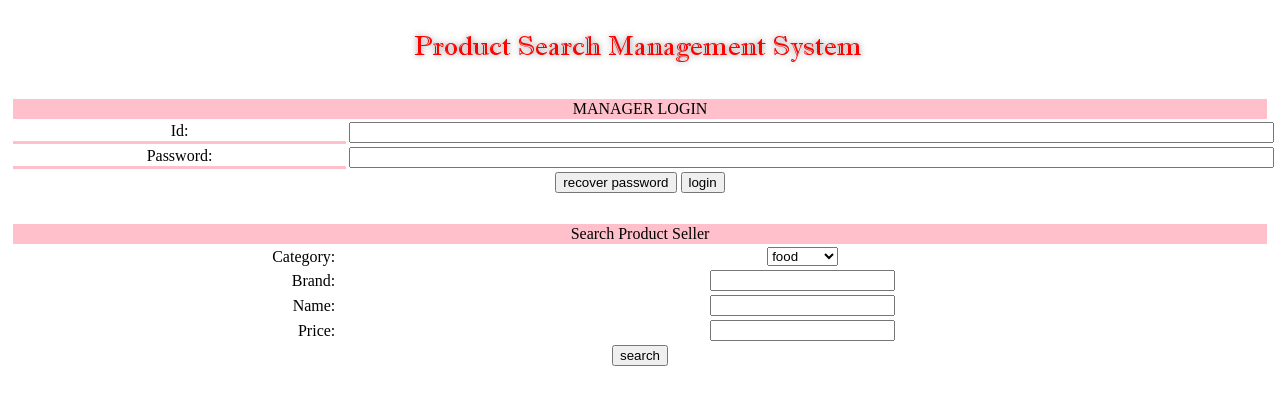
Repository: DishantVaghela/ProductSearchManagementSystem
Page: http://localhost/ProductSearchManagementSystem/
The author's editor kept a copy of each file at every save. The page is drawn from the files as they stood at one save, then again after the next save.
The browser window is 1280 px wide. The pictures show the whole page.
The page is served by Tomcat 9.

Above is the page before, as saved 2017-04-28 22:58:05.

After the next save:
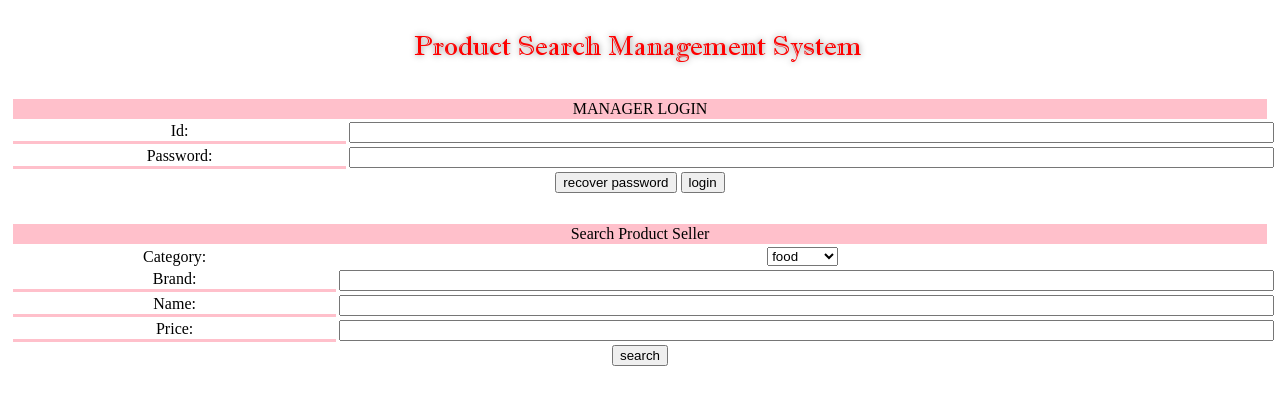
Saved 3 min 21 s later.
--- a/ProductSearchManagementSystem/WebContent/index.jsp
+++ b/ProductSearchManagementSystem/WebContent/index.jsp
@@ -44,15 +44,15 @@
 		<tr>
 			<td>
 				<form action="searchProductSeller.jsp">
-					<table align="center" width="500">
+					<table>
 						<tr>
 							<td colspan="2"><br></td>
 						</tr>
 						<tr>
-							<td colspan="2" align="center" bgcolor="pink">Search Product Seller</td>
+							<td colspan="2" bgcolor="pink">Search Product Seller</td>
 						</tr>
 						<tr>
-							<td align="right">Category:</td>
+							<td>Category:</td>
 							<td>
 								<select name="selectCategory">
 									<option>food</option>
@@ -62,19 +62,19 @@
 							</td>
 						</tr>
 						<tr>
-							<td align="right">Brand:</td>
-							<td><input name="textFieldBrand"></td>
+							<td class="title">Brand:</td>
+							<td><input type="text" name="textFieldBrand"></td>
 						</tr>
 						<tr>
-							<td align="right">Name:</td>
-							<td><input name="textFieldName"></td>
+							<td class="title">Name:</td>
+							<td><input type="text" name="textFieldName"></td>
 						</tr>
 						<tr>
-							<td align="right">Price:</td>
-							<td><input name="textFieldPrice"></td>
+							<td class="title">Price:</td>
+							<td><input type="text" name="textFieldPrice"></td>
 						</tr>
 						<tr>
-							<td colspan="2" align="center">
+							<td colspan="2">
 								<input type="submit" value="search"  name="buttonSearch">
 							</td>
 						</tr>
